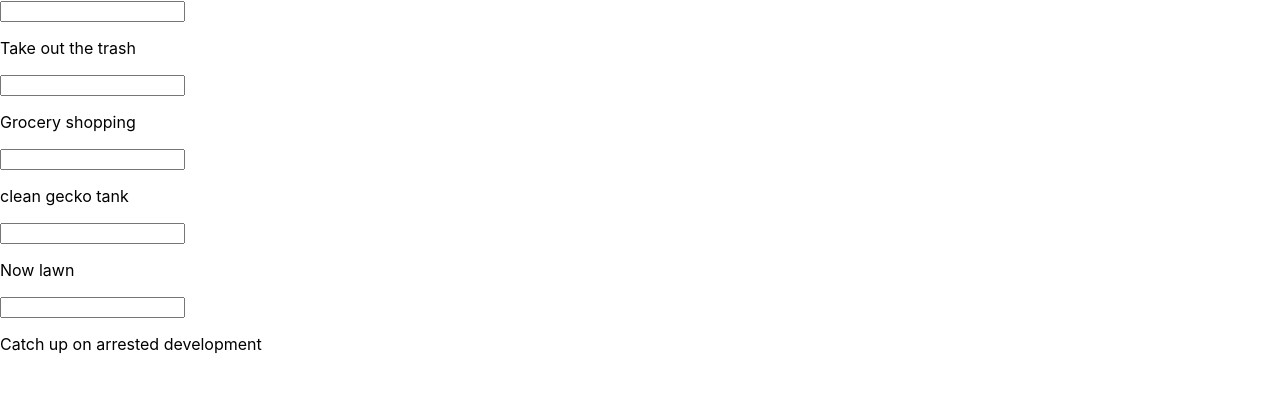
Repository: Antonynans/Todo-app
Page: /
These files come from the project's save history. The page is drawn as it stood at one moment and after the next save; the edit follows.
The browser window is 1280 px wide. The pictures show the whole page.
The project was rebuilt for these pictures with package versions that can differ from the ones it lists, and the page was loaded fresh each time.

Above is the page before, as saved 2020-09-17 16:33:54.

### src/App.js
import React from 'react';
import TodoItem from './TodoItem';
import TodoData from './Tododata';

function App() {
  const todoItems = TodoData.map(item => <TodoItem key={item.id} item={item}/>)
  return (
    <div className="todo-list">
      {todoItems}
    </div>
  );
}

export default App;

### src/TodoItem.js
import React from 'react';

function TodoItem(props){
    return(
        <div className="todo-item">
            <input type="checkout" />
            <p>{props.item.text}</p>
        </div>
    )
};
export default TodoItem;

### src/Tododata.js
const TodoData = [
    {
        id: 1,
        text: "Take out the trash",
        completed: true
    },
    {
        id: 2,
        text: "Grocery shopping",
        completed: false
    },
    {
        id: 3,
        text: "clean gecko tank",
        completed: false
    },
    {
        id: 4,
        text: "Now lawn",
        completed: true
    },
    {
        id: 5,
        text: "Catch up on arrested development",
        completed: false
    }
]
export default TodoData;

Loaded but not shown: public/index.html (common file); src/index.js (common file); src/index.css (common file); src/serviceWorker.js (common file)

After the next save:
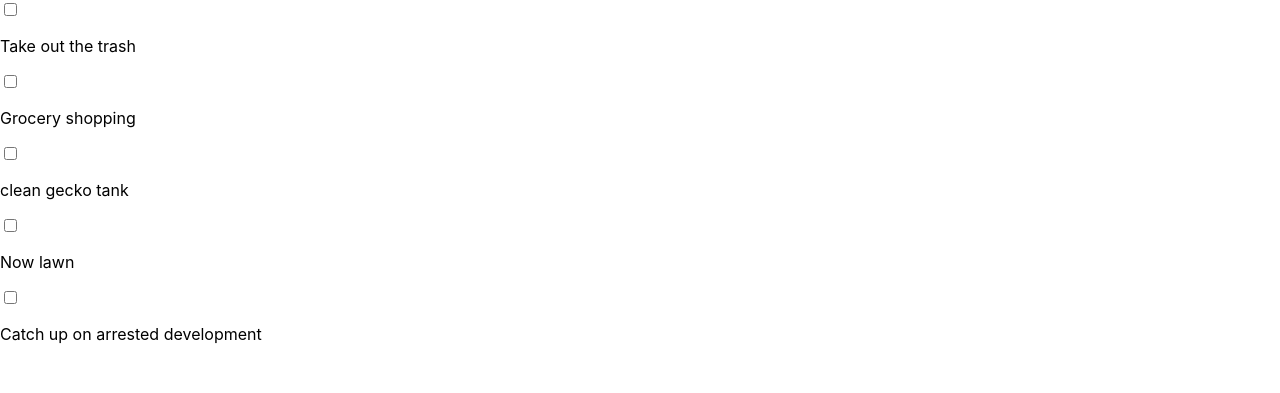
Saved 100 s later.
--- a/src/TodoItem.js
+++ b/src/TodoItem.js
@@ -3,7 +3,7 @@ import React from 'react';
 function TodoItem(props){
     return(
         <div className="todo-item">
-            <input type="checkout" />
+            <input type="checkbox" />
             <p>{props.item.text}</p>
         </div>
     )
